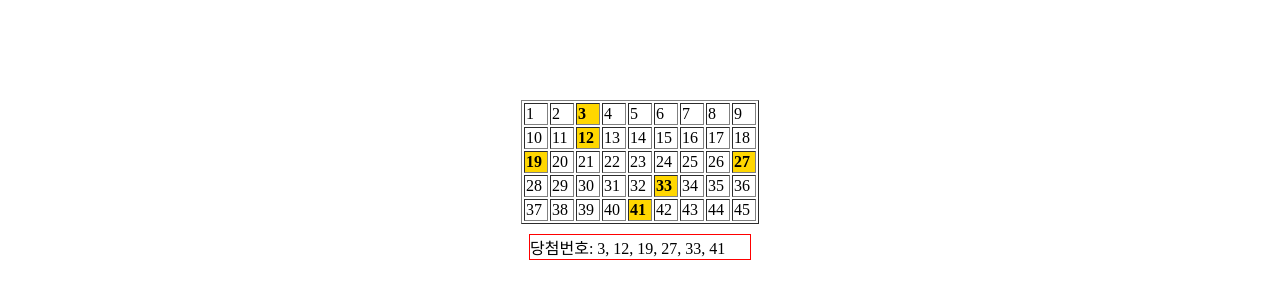
Repository: kkw3202/Jsp2026
Page: http://localhost/chapter01/example_lotto.jsp
The author's editor kept a copy of each file at every save. The page is drawn from the files as they stood at one save, then again after a run of saves.
The browser window is 1280 px wide. The pictures show the whole page.
The page is served by Tomcat 9.

Above is the page before, as saved 2026-10-16 06:38:23.

After the next 2 saves:
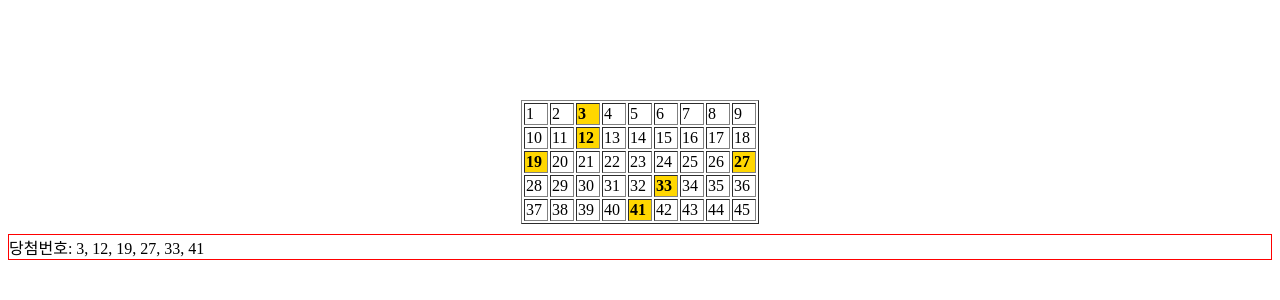
The 2 saves are shown as one change because they came seconds apart.
The last was saved 38 s later.
--- a/chapter01/src/main/webapp/example_lotto.jsp
+++ b/chapter01/src/main/webapp/example_lotto.jsp
@@ -37,7 +37,7 @@
 			%>
 		</tbody>
 	</table>
-	<p style="display:block; margin: 0px auto; width: 220px; border: 1px solid red">당첨번호:
+	<p style="display:block; margin: 0px auto; width: fit-contents ; border: 1px solid red">당첨번호:
 	<%
 	for(int i =0; i<winNums.length; i++) {
 		if(i!=winNums.length-1) out.print(winNums[i] + ", ");
